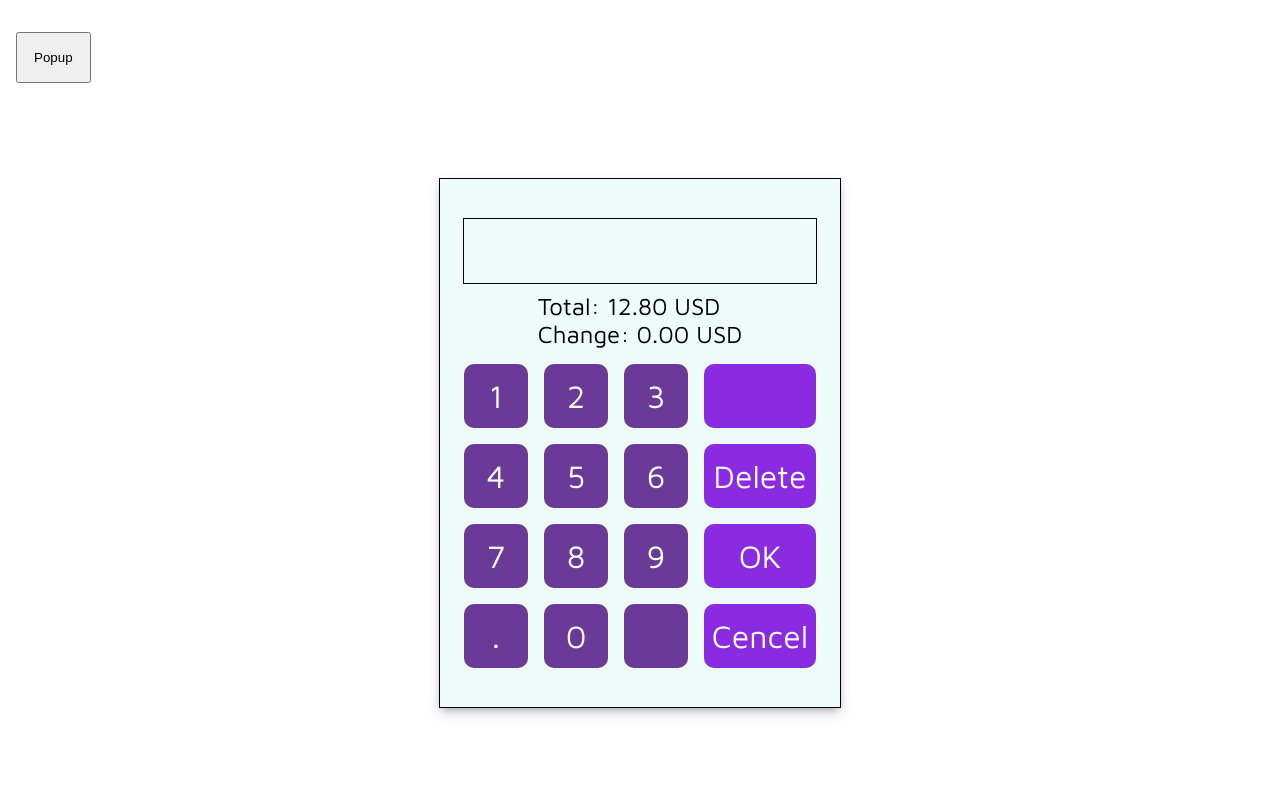
Repository: Dapravith/Midterm-SE-GIC-Cafe-Project-Group16
Page: src/main/resources/templates/changeCalculate.html
An editor plug-in stored every save of this project. The page is shown before and after the next save, followed by the edit.
The browser window is 1280 px wide. The pictures show the whole page.

Above is the page before, as saved 2023-05-12 16:37:33.

### src/main/resources/templates/changeCalculate.html
<!DOCTYPE html>
<html lang="en">
  <head>
    <meta charset="UTF-8" />
    <meta http-equiv="X-UA-Compatible" content="IE=edge" />
    <meta name="viewport" content="width=device-width, initial-scale=1.0" />
    <title>Document</title>
    <style>
      @import url("https://fonts.googleapis.com/css2?family=Maven+Pro&display=swap");
      * {
        margin: 0;
        padding: 0;
      }
      body {
        font-family: "Maven Pro", sans-serif;
      }
      .popup_button button {
        margin-top: 2rem;
        margin-left: 1rem;
        padding: 1rem;
      }
      .main_wrapper {
        display: flex;
        height: 100vh;
        justify-content: center;
        align-items: center;
      }
      .wrapper_container {
        width: 25rem;
        height: 33rem;
        border: 1px solid black;
        display: flex;
        align-items: center;
        justify-content: center;
        flex-direction: column;
        background-color: #eefbfb;
        box-shadow: rgba(50, 50, 93, 0.25) 0px 6px 12px -2px,
          rgba(0, 0, 0, 0.3) 0px 3px 7px -3px;
      }
      .first_row {
        display: flex;
        gap: 1rem;
      }
      .second_row {
        display: flex;
        gap: 1rem;
        margin-top: 1rem;
      }
      .third_row {
        display: flex;
        gap: 1rem;
        margin-top: 1rem;
      }
      .zero_row {
        display: flex;
        justify-content: center;
        margin-top: 1rem;
        gap: 1rem;
      }
      .box {
        background-color: rgb(107, 58, 152);
        width: 4rem;
        height: 4rem;
        font-size: 2rem;
        display: flex;
        justify-content: center;
        align-items: center;
        border-radius: 10px;
      }
      .box_cencel {
        background-color: blueviolet;
        width: 7rem;
        height: 4rem;
        font-size: 2rem;
        display: flex;
        justify-content: center;
        align-items: center;
        border-radius: 10px;
      }
      .box_cencel:hover {
        background-color: orange;
        color: white;
      }
      .box_ok {
        background-color: blueviolet;
        width: 7rem;
        height: 4rem;
        font-size: 2rem;
        display: flex;
        justify-content: center;
        align-items: center;
        border-radius: 10px;
      }
      .box_ok:hover {
        background-color: orange;
        color: white;
      }
      .box_ {
        background-color: blueviolet;
        width: 7rem;
        height: 4rem;
        font-size: 2rem;
        display: flex;
        justify-content: center;
        align-items: center;
        border-radius: 10px;
      }
      .box_delete {
        background-color: blueviolet;
        width: 7rem;
        height: 4rem;
        font-size: 2rem;
        display: flex;
        justify-content: center;
        align-items: center;
        border-radius: 10px;
      }
      .box_delete:hover {
        background-color: orange;
        color: white;
      }
      .box:hover {
        background-color: orange;
        color: white;
      }
      a {
        text-decoration: none;
        color: white;
      }
      .number_box {
        margin-bottom: 0.5rem;
        width: 22rem;
        height: 4rem;
        border: 1px solid black;
        color: black;
        display: flex;
        align-items: center;
        font-size: 3rem;
      }
      .total_change_row {
        display: flex;
        flex-direction: column;
        justify-content: flex-start;
        margin-bottom: 1rem;
        font-size: 1.5rem;
      }
    </style>
  </head>
  <body>
    <div class="popup_button">
      <button>Popup</button>
    </div>

    <div class="main_wrapper">
      <div class="wrapper_container">
        <div class="number-box">
          <div class="number_box"></div>
        </div>
        <div class="total_change_row">
          <span>Total: </span>
          <span>Change: </span>
        </div>
        <!-- row 1 -->
        <div class="first_row">
          <div class="box 1"><a href="#">1</a></div>
          <div class="box 2"><a href="#">2</a></div>
          <div class="box 3"><a href="#">3</a></div>
          <div class="box_"></div>
        </div>
        <div class="second_row">
          <div class="box 4"><a href="#">4</a></div>
          <div class="box 5"><a href="#">5</a></div>
          <div class="box 6"><a href="#">6</a></div>
          <div class="box_delete"><a href="#">Delete</a></div>
        </div>
        <div class="third_row">
          <div class="box 7"><a href="#">7</a></div>
          <div class="box 8"><a href="#">8</a></div>
          <div class="box 9"><a href="#">9</a></div>
          <div class="box_ok"><a href="#">OK</a></div>
        </div>
        <div class="zero_row">
          <div class="box ."><a href="#">.</a></div>
          <div class="box 0"><a href="#">0</a></div>
          <div class="box *"><a href=""></a></div>
          <div class="box_cencel"><a href="#">Cencel</a></div>
        </div>
      </div>
    </div>

    <script>
      // Get the DOM elements
      const totalElement = document.querySelector(
        ".total_change_row span:first-child"
      );
      const changeElement = document.querySelector(
        ".total_change_row span:last-child"
      );
      const numberBox = document.querySelector(".number_box");

      // Set the initial values
      let total = 12.8;
      let change = 0;
      let enteredNumber = "";

      // Helper function to update the displayed total and change
      function updateTotalAndChange() {
        totalElement.textContent = `Total: ${total.toFixed(2)} USD`;
        changeElement.textContent = `Change: ${change.toFixed(2)} USD`;
      }

      // Event listener for the number buttons
      document.querySelectorAll(".box").forEach((button) => {
        button.addEventListener("click", () => {
          const number = button.textContent;
          enteredNumber += number;
          numberBox.textContent = enteredNumber;
        });
      });

      // Event listener for the delete button
      document.querySelector(".box_delete").addEventListener("click", () => {
        enteredNumber = enteredNumber.slice(0, -1);
        numberBox.textContent = enteredNumber;
      });

      // Event listener for the OK button
      document.querySelector(".box_ok").addEventListener("click", () => {
        const enteredAmount = parseFloat(enteredNumber);
        if (!isNaN(enteredAmount)) {
          total += enteredAmount;
          change = Math.max(change - enteredAmount, 0);
          enteredNumber = "";
          updateTotalAndChange();
          numberBox.textContent = "";
        }
      });

      // Event listener for the cancel button
      document.querySelector(".box_cencel").addEventListener("click", () => {
        enteredNumber = "";
        numberBox.textContent = "";
      });

      // Event listener for the popup button
      document
        .querySelector(".popup_button button")
        .addEventListener("click", () => {
          // Display the popup or do whatever else you need to do here
        });

      // Update the initial total and change values
      updateTotalAndChange();
    </script>
  </body>
</html>

After the next save:
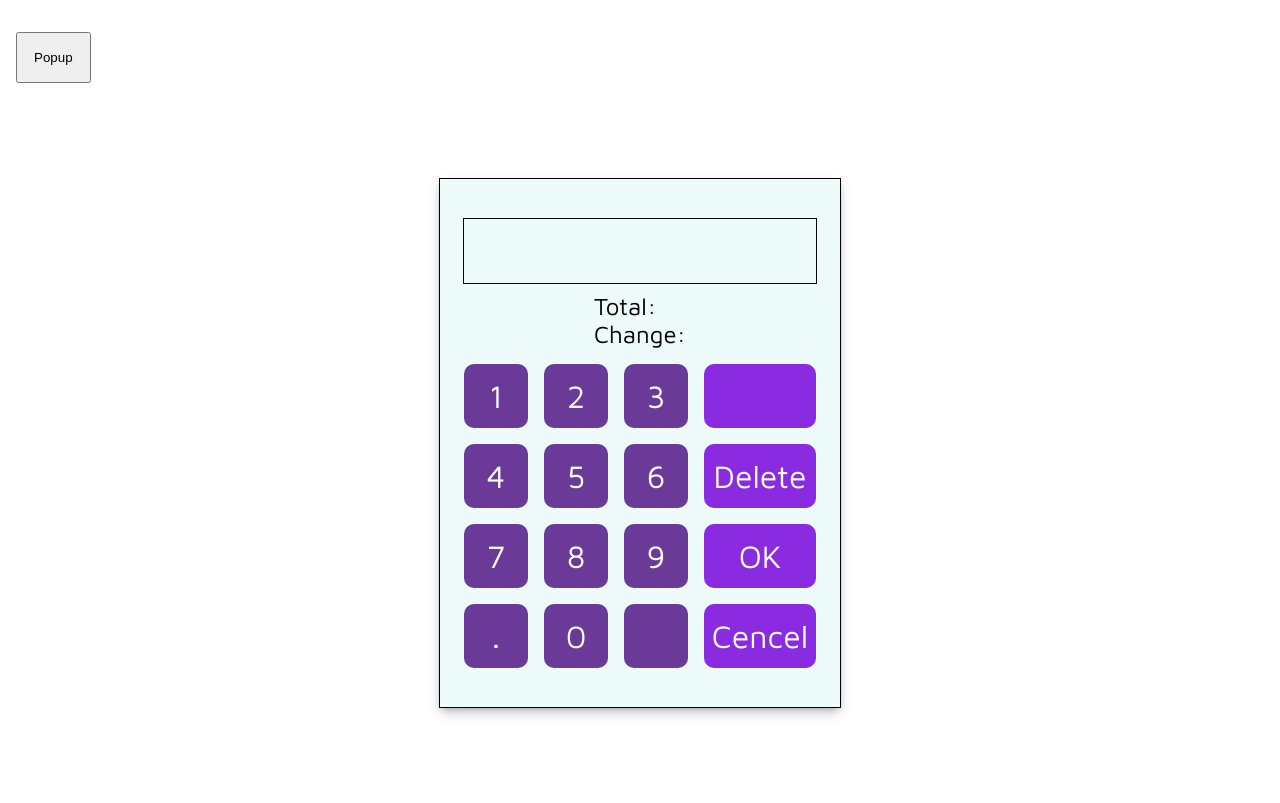
Console error: SyntaxError: Unexpected token '<'
Saved 2 min 33 s later.
--- a/src/main/resources/templates/changeCalculate.html
+++ b/src/main/resources/templates/changeCalculate.html
@@ -189,68 +189,53 @@
     </div>
 
     <script>
-      // Get the DOM elements
-      const totalElement = document.querySelector(
-        ".total_change_row span:first-child"
-      );
-      const changeElement = document.querySelector(
-        ".total_change_row span:last-child"
-      );
-      const numberBox = document.querySelector(".number_box");
-
-      // Set the initial values
-      let total = 12.8;
-      let change = 0;
-      let enteredNumber = "";
-
-      // Helper function to update the displayed total and change
-      function updateTotalAndChange() {
-        totalElement.textContent = `Total: ${total.toFixed(2)} USD`;
-        changeElement.textContent = `Change: ${change.toFixed(2)} USD`;
-      }
-
-      // Event listener for the number buttons
-      document.querySelectorAll(".box").forEach((button) => {
-        button.addEventListener("click", () => {
-          const number = button.textContent;
-          enteredNumber += number;
-          numberBox.textContent = enteredNumber;
+      <!-- ... HTML code for the cafe shop checkout ... -->
+
+      <script>
+        // Get DOM elements
+        const numberBox = document.querySelector('.number_box');
+        const totalSpan = document.querySelector('.total_change_row span:first-child');
+        const changeSpan = document.querySelector('.total_change_row span:last-child');
+        const buttons = document.querySelectorAll('.box');
+
+        // Initialize variables
+        let total = 0;
+        let change = 0;
+        let numberString = '';
+
+        // Add event listeners to number buttons
+        buttons.forEach((button) => {
+          button.addEventListener('click', () => {
+            const number = button.textContent;
+            numberString += number;
+            numberBox.textContent = numberString;
+            calculateTotalChange();
+          });
         });
-      });
-
-      // Event listener for the delete button
-      document.querySelector(".box_delete").addEventListener("click", () => {
-        enteredNumber = enteredNumber.slice(0, -1);
-        numberBox.textContent = enteredNumber;
-      });
-
-      // Event listener for the OK button
-      document.querySelector(".box_ok").addEventListener("click", () => {
-        const enteredAmount = parseFloat(enteredNumber);
-        if (!isNaN(enteredAmount)) {
-          total += enteredAmount;
-          change = Math.max(change - enteredAmount, 0);
-          enteredNumber = "";
-          updateTotalAndChange();
-          numberBox.textContent = "";
+
+        // Add event listener to delete button
+        const deleteButton = document.querySelector('.box_delete');
+        deleteButton.addEventListener('click', () => {
+          numberString = numberString.slice(0, -1);
+          numberBox.textContent = numberString;
+          calculateTotalChange();
+        });
+
+        // Calculate total and change
+        function calculateTotalChange() {
+          total = 12.8; // This is a placeholder value, replace it with your own calculation
+          const number = parseFloat(numberString);
+          if (!isNaN(number)) {
+            change = number - total;
+            change = Math.round(change * 100) / 100; // Round to 2 decimal places
+          } else {
+            change = 0;
+          }
+          totalSpan.textContent = `Total: ${total} USD`;
+          changeSpan.textContent = `Change: ${change} USD`;
         }
-      });
-
-      // Event listener for the cancel button
-      document.querySelector(".box_cencel").addEventListener("click", () => {
-        enteredNumber = "";
-        numberBox.textContent = "";
-      });
-
-      // Event listener for the popup button
-      document
-        .querySelector(".popup_button button")
-        .addEventListener("click", () => {
-          // Display the popup or do whatever else you need to do here
-        });
-
-      // Update the initial total and change values
-      updateTotalAndChange();
+      </script>
+
     </script>
   </body>
 </html>

After the 3 saves that followed:
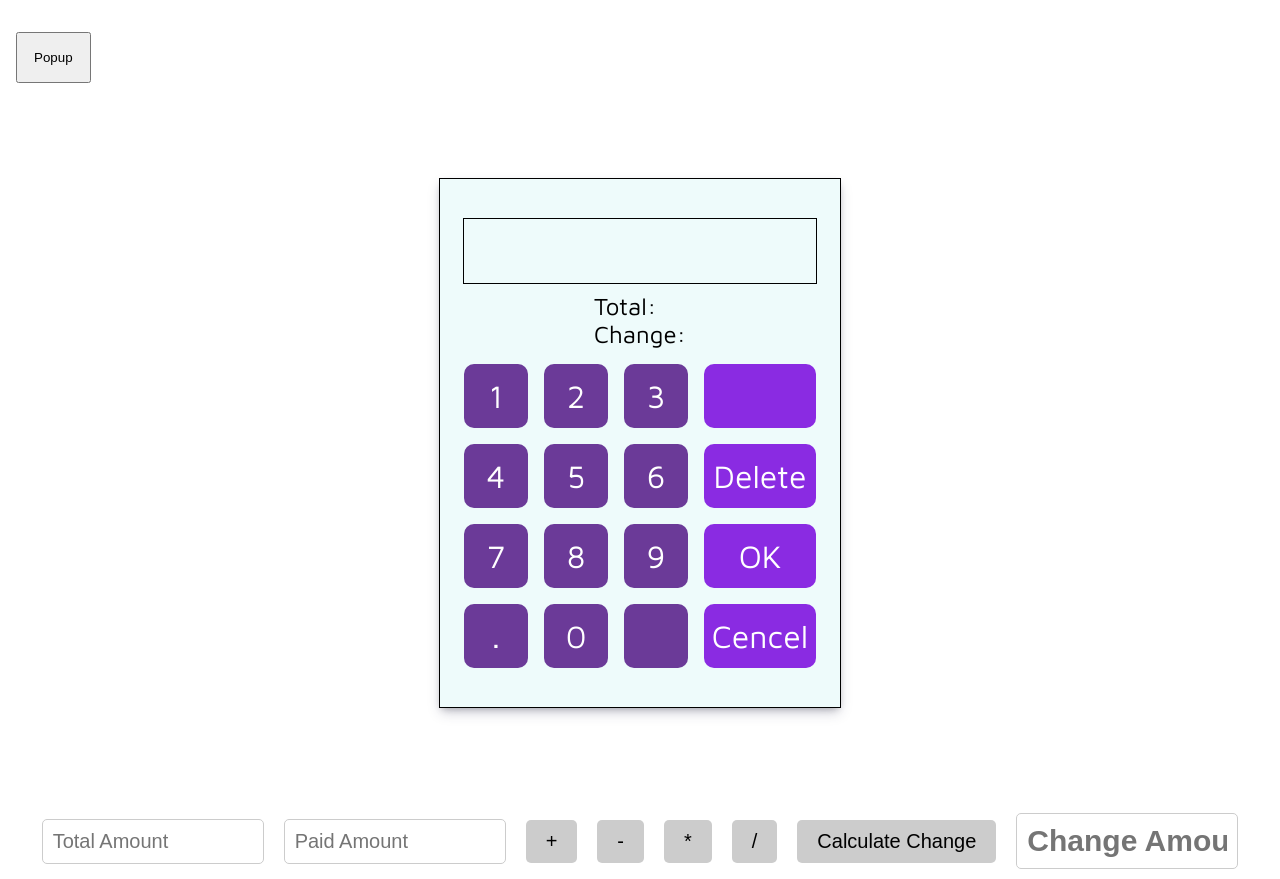
The error is gone.
The 3 saves are shown as one change because 2 left the picture as it was.
The last was saved 4 min 57 s later.
--- a/src/main/resources/templates/changeCalculate.html
+++ b/src/main/resources/templates/changeCalculate.html
@@ -144,6 +144,42 @@
         margin-bottom: 1rem;
         font-size: 1.5rem;
       }
+      .calculator {
+        display: flex;
+        flex-wrap: wrap;
+        justify-content: center;
+        align-items: center;
+        width: 100%;
+      }
+
+      .calculator input[type="text"] {
+        font-size: 20px;
+        padding: 10px;
+        margin: 10px;
+        width: 200px;
+        border-radius: 5px;
+        border: 1px solid #ccc;
+      }
+
+      .calculator button {
+        font-size: 20px;
+        padding: 10px 20px;
+        margin: 10px;
+        border-radius: 5px;
+        border: none;
+        cursor: pointer;
+        background-color: #ccc;
+      }
+
+      .calculator button:hover {
+        background-color: #ddd;
+      }
+
+      .calculator input[type="text"].change {
+        font-size: 30px;
+        font-weight: bold;
+        text-align: center;
+      }
     </style>
   </head>
   <body>
@@ -188,54 +224,64 @@
       </div>
     </div>
 
+    <div class="calculator">
+      <input type="text" class="total" placeholder="Total Amount" />
+      <input type="text" class="paid" placeholder="Paid Amount" />
+      <button class="add">+</button>
+      <button class="subtract">-</button>
+      <button class="multiply">*</button>
+      <button class="divide">/</button>
+      <button class="calculate">Calculate Change</button>
+      <input type="text" class="change" placeholder="Change Amount" readonly />
+    </div>
+
     <script>
-      <!-- ... HTML code for the cafe shop checkout ... -->
-
-      <script>
-        // Get DOM elements
-        const numberBox = document.querySelector('.number_box');
-        const totalSpan = document.querySelector('.total_change_row span:first-child');
-        const changeSpan = document.querySelector('.total_change_row span:last-child');
-        const buttons = document.querySelectorAll('.box');
-
-        // Initialize variables
-        let total = 0;
-        let change = 0;
-        let numberString = '';
-
-        // Add event listeners to number buttons
-        buttons.forEach((button) => {
-          button.addEventListener('click', () => {
-            const number = button.textContent;
-            numberString += number;
-            numberBox.textContent = numberString;
-            calculateTotalChange();
-          });
-        });
-
-        // Add event listener to delete button
-        const deleteButton = document.querySelector('.box_delete');
-        deleteButton.addEventListener('click', () => {
-          numberString = numberString.slice(0, -1);
+      // Get DOM elements
+      const numberBox = document.querySelector(".number_box");
+      const totalSpan = document.querySelector(
+        ".total_change_row span:first-child"
+      );
+      const changeSpan = document.querySelector(
+        ".total_change_row span:last-child"
+      );
+      const buttons = document.querySelectorAll(".box");
+
+      // Initialize variables
+      let total = 0;
+      let change = 0;
+      let numberString = "";
+
+      // Add event listeners to number buttons
+      buttons.forEach((button) => {
+        button.addEventListener("click", () => {
+          const number = button.textContent;
+          numberString += number;
           numberBox.textContent = numberString;
           calculateTotalChange();
         });
-
-        // Calculate total and change
-        function calculateTotalChange() {
-          total = 12.8; // This is a placeholder value, replace it with your own calculation
-          const number = parseFloat(numberString);
-          if (!isNaN(number)) {
-            change = number - total;
-            change = Math.round(change * 100) / 100; // Round to 2 decimal places
-          } else {
-            change = 0;
-          }
-          totalSpan.textContent = `Total: ${total} USD`;
-          changeSpan.textContent = `Change: ${change} USD`;
+      });
+
+      // Add event listener to delete button
+      const deleteButton = document.querySelector(".box_delete");
+      deleteButton.addEventListener("click", () => {
+        numberString = numberString.slice(0, -1);
+        numberBox.textContent = numberString;
+        calculateTotalChange();
+      });
+
+      // Calculate total and change
+      function calculateTotalChange() {
+        total = 0; // This is a placeholder value, replace it with your own calculation
+        const number = parseFloat(numberString);
+        if (!isNaN(number)) {
+          change = number - total;
+          change = Math.round(change * 100) / 100; // Round to 2 decimal places
+        } else {
+          change = 0;
         }
-      </script>
-
+        totalSpan.textContent = `Total: ${total} USD`;
+        changeSpan.textContent = `Change: ${change} USD`;
+      }
     </script>
   </body>
 </html>
